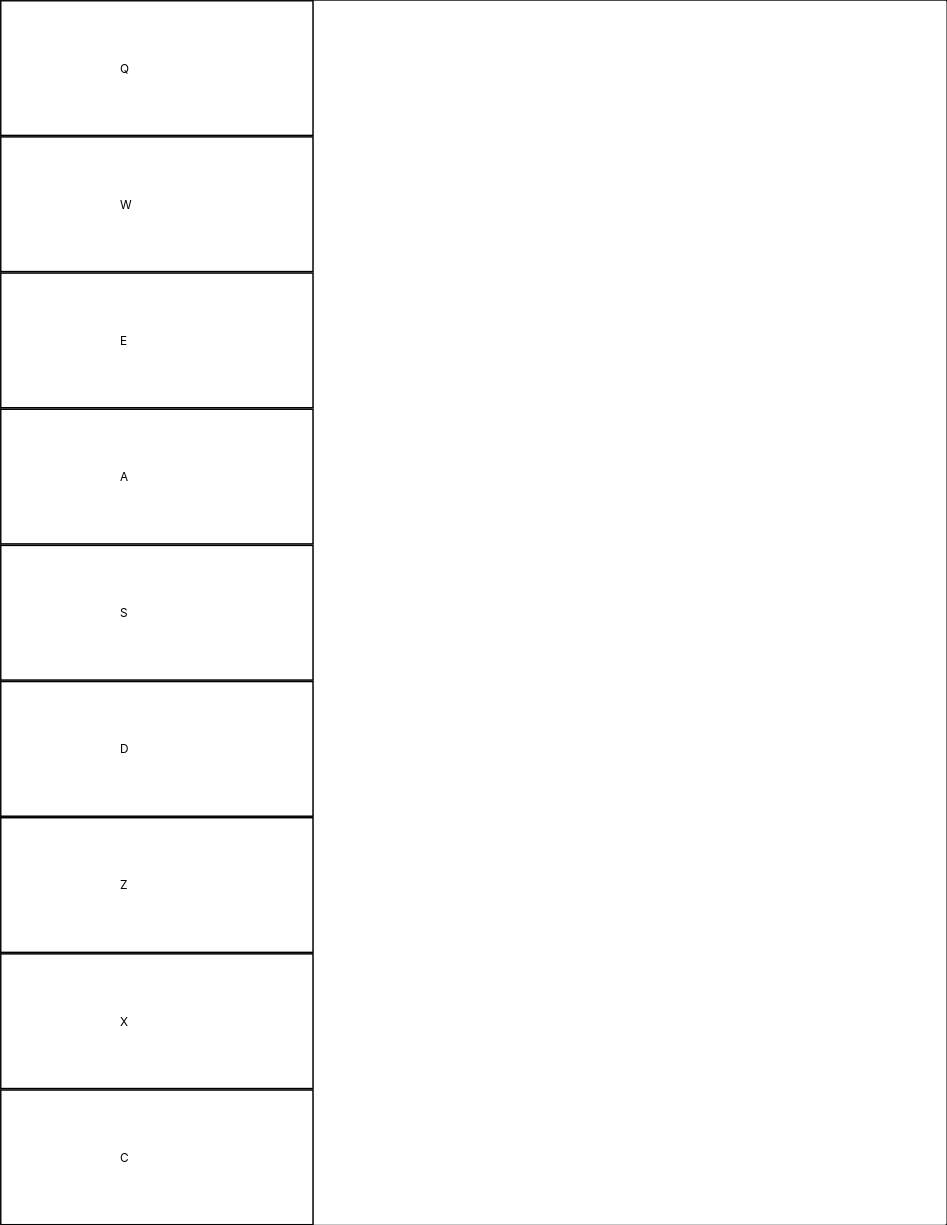
Repository: milac0/drum-machine
Page: /
These files come from the project's save history. The page is drawn as it stood at one moment and after the next save; the edit follows.
The browser window is 1280 px wide. The pictures show the whole page, at 74% of full size.
The project was rebuilt for these pictures with package versions that can differ from the ones it lists, and the page was loaded fresh each time.

Above is the page before, as saved 2019-10-25 17:19:31.

### public/index.html
<!DOCTYPE html>
<html lang="en">
  <head>
    <meta charset="utf-8" />
    <link rel="shortcut icon" href="%PUBLIC_URL%/favicon.ico" />
    <meta name="viewport" content="width=device-width, initial-scale=1" />
    <meta name="theme-color" content="#000000" />
    <!--
      manifest.json provides metadata used when your web app is installed on a
      user's mobile device or desktop. See https://developers.google.com/web/fundamentals/web-app-manifest/
    -->
    <link rel="manifest" href="%PUBLIC_URL%/manifest.json" />
    <!--
      Notice the use of %PUBLIC_URL% in the tags above.
      It will be replaced with the URL of the `public` folder during the build.
      Only files inside the `public` folder can be referenced from the HTML.

      Unlike "/favicon.ico" or "favicon.ico", "%PUBLIC_URL%/favicon.ico" will
      work correctly both with client-side routing and a non-root public URL.
      Learn how to configure a non-root public URL by running `npm run build`.
    -->
    <title>Drum Machine</title>
  </head>
  <body>
    <noscript>You need to enable JavaScript to run this app.</noscript>
    <div id="root"></div>
    <!--
      This HTML file is a template.
      If you open it directly in the browser, you will see an empty page.

      You can add webfonts, meta tags, or analytics to this file.
      The build step will place the bundled scripts into the <body> tag.

      To begin the development, run `npm start` or `yarn start`.
      To create a production bundle, use `npm run build` or `yarn build`.
    -->
    <script src="https://cdn.freecodecamp.org/testable-projects-fcc/v1/bundle.js"></script>
  </body>
</html>

### src/index.css
html {
  height: 100%;
}

body {
  margin: 0;
  padding: 0;
  height: 100%;
  min-height: 100%;
  width: 100%;
  font-family: -apple-system, BlinkMacSystemFont, "Segoe UI", "Roboto", "Oxygen",
    "Ubuntu", "Cantarell", "Fira Sans", "Droid Sans", "Helvetica Neue",
    sans-serif;
  -webkit-font-smoothing: antialiased;
  -moz-osx-font-smoothing: grayscale;
}
#root{
  height: 100%;
}
code {
  font-family: source-code-pro, Menlo, Monaco, Consolas, "Courier New",
    monospace;
}

### src/App.js
import React, { Fragment } from "react";
import "./App.css";
import DrumPad from "./Components/DrumPad";

class App extends React.Component {
  constructor(props) {
    super(props);
    this.references = {};
    this.state = { display: "" };
    this.keyPressRef = React.createRef();
    this.handleClick = this.handleClick.bind(this);
    this.handleKeyDown = this.handleKeyDown.bind(this);
    this.getOrCreateRef = this.getOrCreateRef.bind(this);
    this.setDisplay = this.setDisplay.bind(this);
  }

  componentDidMount() {
    this.keyPressRef.current.focus();
  }

  handleClick = id => {
    // console.log(this.references[id].current);
    this.references[id].current.play();
    this.references[id].current.currentTime = 0;
    this.setDisplay(id);
  };

  handleKeyDown = e => {
    if (this.references.hasOwnProperty(e.key.toUpperCase())) {
      this.references[e.key.toUpperCase()].current.play();
      this.references[e.key.toUpperCase()].current.currentTime = 0;
    }
    this.setDisplay(e.key.toUpperCase());
  };

  setDisplay(id) {
    let display;
    try {
      display = drums.filter(elem => elem.id === id)[0].text;
    } catch {
      display = this.state.display;
    }
    console.log(display);
    this.setState({ display });
  }

  getOrCreateRef(id) {
    if (!this.references.hasOwnProperty(id)) {
      return (this.references[id] = React.createRef());
    } else return this.references[id];
  }

  render() {
    return (
      <Fragment>
      <div
        id="drum-machine"
        ref={this.keyPressRef}
        onKeyDown={this.handleKeyDown}
        tabIndex="0"
      >


        {/* <div id="drum-pads"> */}
          {drums.map((elem, i) => (
            <DrumPad
              name={elem.text}
              ref={this.getOrCreateRef(elem.id)}
              clickHandler={this.handleClick}
              id={elem.id}
              src={elem.src}
              key={i}
            />
          ))}
        {/* </div> */}
      </div>
      <p id="display">{this.state.display}</p>
      </Fragment>
    );
  }
}

const drums = [
  {
    id: "Q",
    text: "hit the nail",
    src:
      "https://sampleswap.org/samples-ghost/DRUMS%20(SINGLE%20HITS)/Kicks/16[kb]808bd.aif.mp3"
  },
  {
    id: "W",
    text: "badong",
    src:
      "https://sampleswap.org/samples-ghost/DRUMS%20(SINGLE%20HITS)/Kicks/152[kb]808bd3.aif.mp3"
  },
  {
    id: "E",
    text: "stop kick",
    src:
      "https://sampleswap.org/samples-ghost/DRUMS%20(SINGLE%20HITS)/Kicks/15[kb]808bd2.aif.mp3"
  },
  {
    id: "A",
    text: "pang",
    src:
      "https://sampleswap.org/samples-ghost/DRUMS%20(SINGLE%20HITS)/Kicks/152[kb]808distbd.aif.mp3"
  },
  {
    id: "S",
    text: "boing",
    src:
      "https://sampleswap.org/samples-ghost/DRUMS%20(SINGLE%20HITS)/Kicks/67[kb]808sub.aif.mp3"
  },
  {
    id: "D",
    text: "absolute insane kikdrum",
    src:
      "https://sampleswap.org/samples-ghost/DRUMS%20(SINGLE%20HITS)/Kicks/69[kb]absolutely-insane-kikdrum.wav.mp3"
  },
  {
    id: "Z",
    text: "absurdistan kick",
    src:
      "https://sampleswap.org/samples-ghost/DRUMS%20(SINGLE%20HITS)/Kicks/34[kb]absurdistan-kick.wav.mp3"
  },
  {
    id: "X",
    text: "backwards in crash",
    src:
      "https://sampleswap.org/samples-ghost/DRUMS%20(SINGLE%20HITS)/Gongs%20and%20Super%20Crashes/61[kb]backwards-in-crash.aif.mp3"
  },
  {
    id: "C",
    text: "cymbals",
    src:
      "https://sampleswap.org/samples-ghost/DRUMS%20(SINGLE%20HITS)/Cymbals/100[kb]curiouscym1.aif.mp3"
  }
];

export default App;

### src/App.css
/* #drum-pads {
  max-width: 40%;
  height: auto;
  margin: 0 auto;
  padding: 10px;
  position: relative;
  margin: 0 auto;
  align-self: auto;
  display: inline-grid;
} */

.drum-machine {
  display: grid;
}

.drum-pad {
  width: 100px;
  padding: 5em 10em;
  border: 2px solid black;
}

/* #display {
  margin: 0 auto;
  height: 30px;
  width: 200px;
  padding: 10px;
  background: #FDC8C8;
  text-align: center;
}

.drum-pad {
  width: 240px;
  text-align: center;
  border: 1px solid black;
  padding: 1rem 1.5rem;
}

#W {
  grid-column-start: 2;
  grid-column-end: 3;
}

#E {
  grid-column-start: 3;
  grid-column-end: 4;
}

.drum-pad:hover {
  cursor: pointer;
} */

### src/Components/DrumPad.js
import React from "react";

const DrumPad = React.forwardRef((props, ref) => (
  <div
    className="drum-pad"
    id={props.id}
    onClick={() => props.clickHandler(props.id)}
    text={props.name}
  >
    {props.id}
    <audio ref={ref} src={props.src} className="clip" id={props.id}></audio>
  </div>
));

export default DrumPad;

Loaded but not shown: src/index.js (common file)

After the next save:
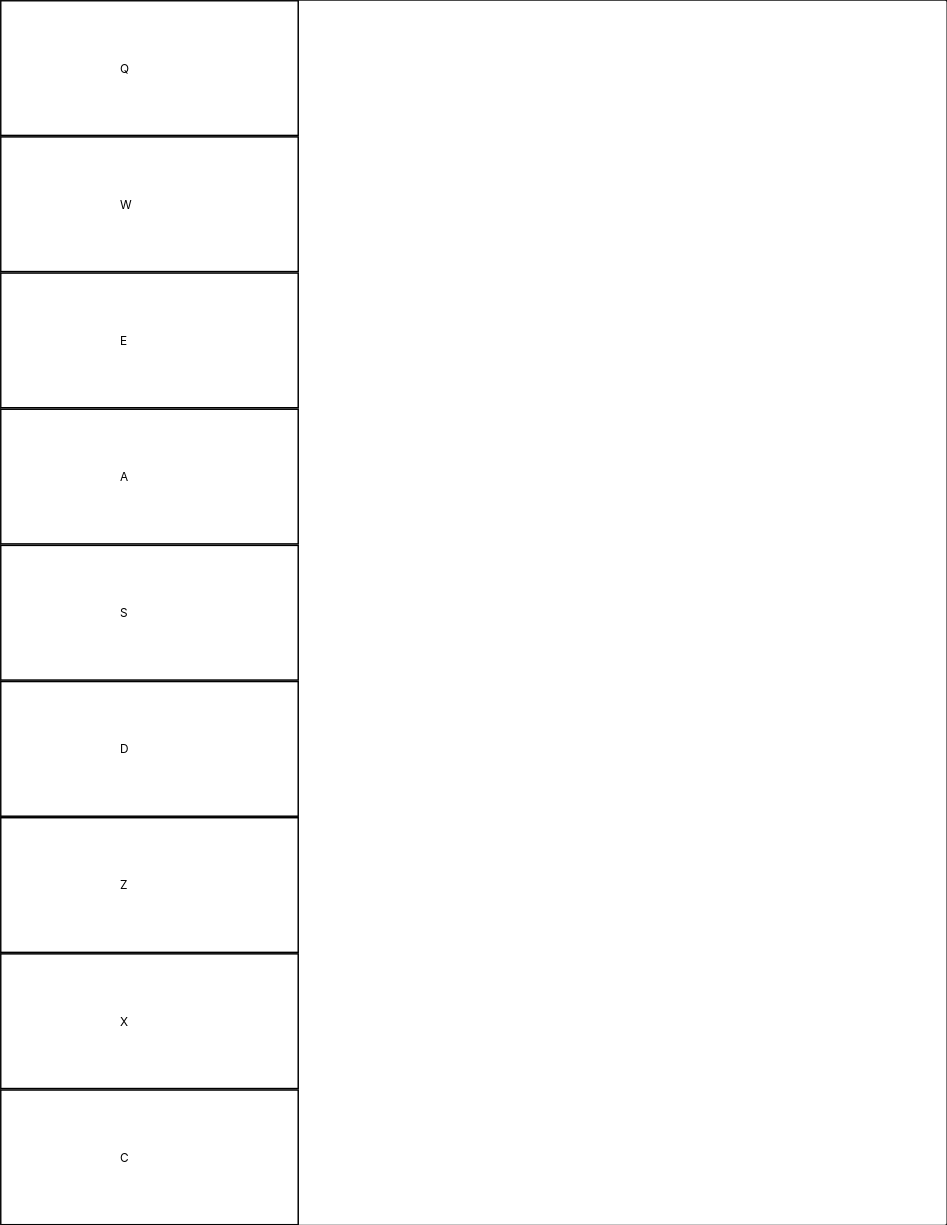
Saved 5 s later.
--- a/src/App.css
+++ b/src/App.css
@@ -14,7 +14,7 @@
 }
 
 .drum-pad {
-  width: 100px;
+  width: 80px;
   padding: 5em 10em;
   border: 2px solid black;
 }
